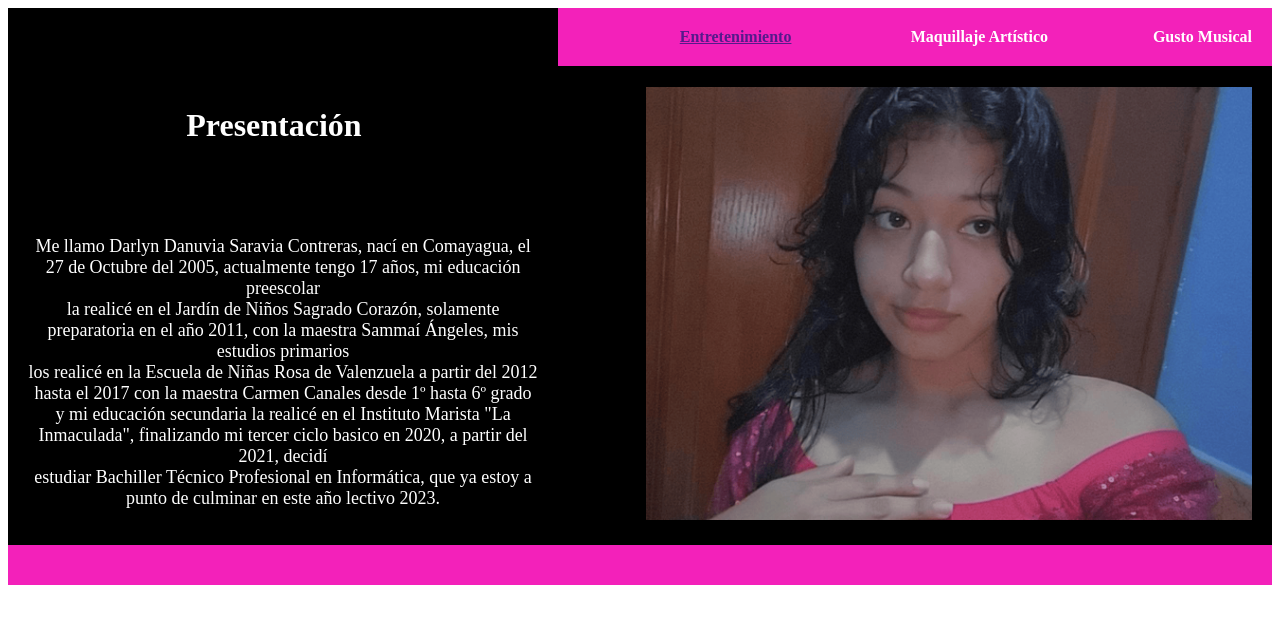
Repository: darlyn-saravia27/portafolio-darlynsaravia
Page: archivoshtml/index.html
These files come from the project's save history. The page is drawn as it stood at one moment and after the next save; the edit follows.
The browser window is 1280 px wide. The pictures show the whole page.

Above is the page before, as saved 2023-03-04 23:58:08.

After the next save:
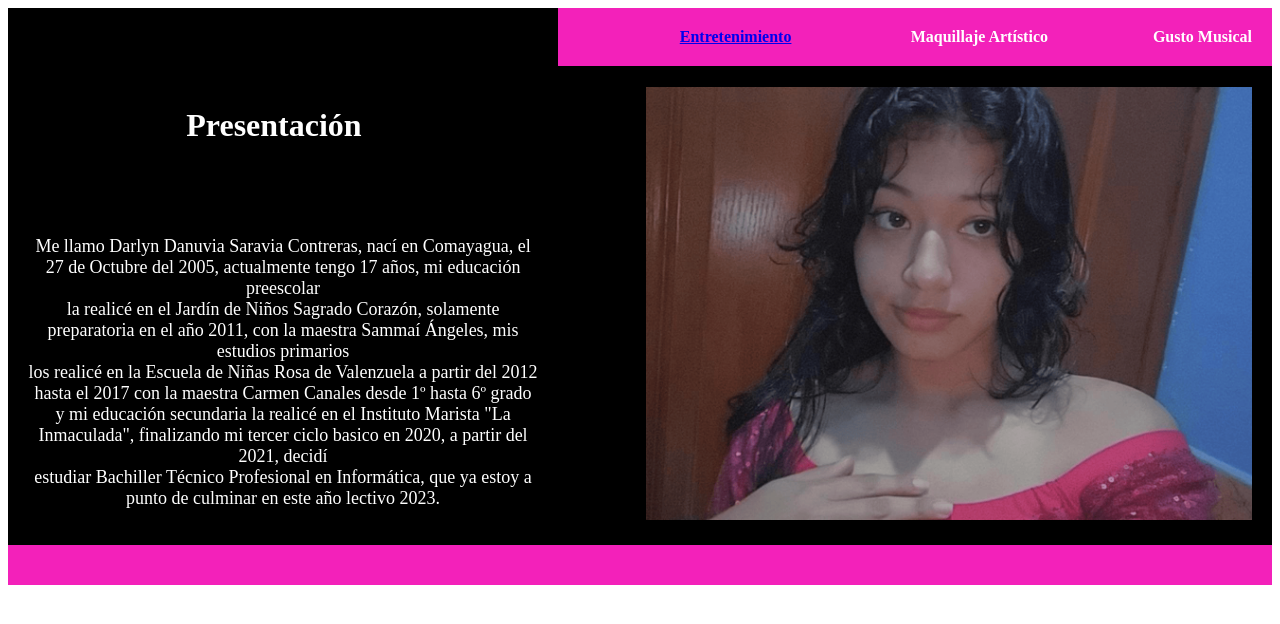
Saved 60 s later.
--- a/archivoshtml/index.html
+++ b/archivoshtml/index.html
@@ -10,7 +10,7 @@
     <table align="center" cellspacing="0" cellpadding="20%" width="100%">
     <tr align="center" bgcolor="black">
         <td>-----------------------------------------------------------------------------------</td>
-        <td align="right" bgcolor="F321BA"><font color="white"><strong><a href>Entretenimiento
+        <td align="right" bgcolor="F321BA"><font color="white"><strong><a href="entretenimiento.html">Entretenimiento
 
         </strong></font></td>
         <td align="right" bgcolor="F321BA"><font color="white"><strong>Maquillaje Artístico</strong></font></td>
